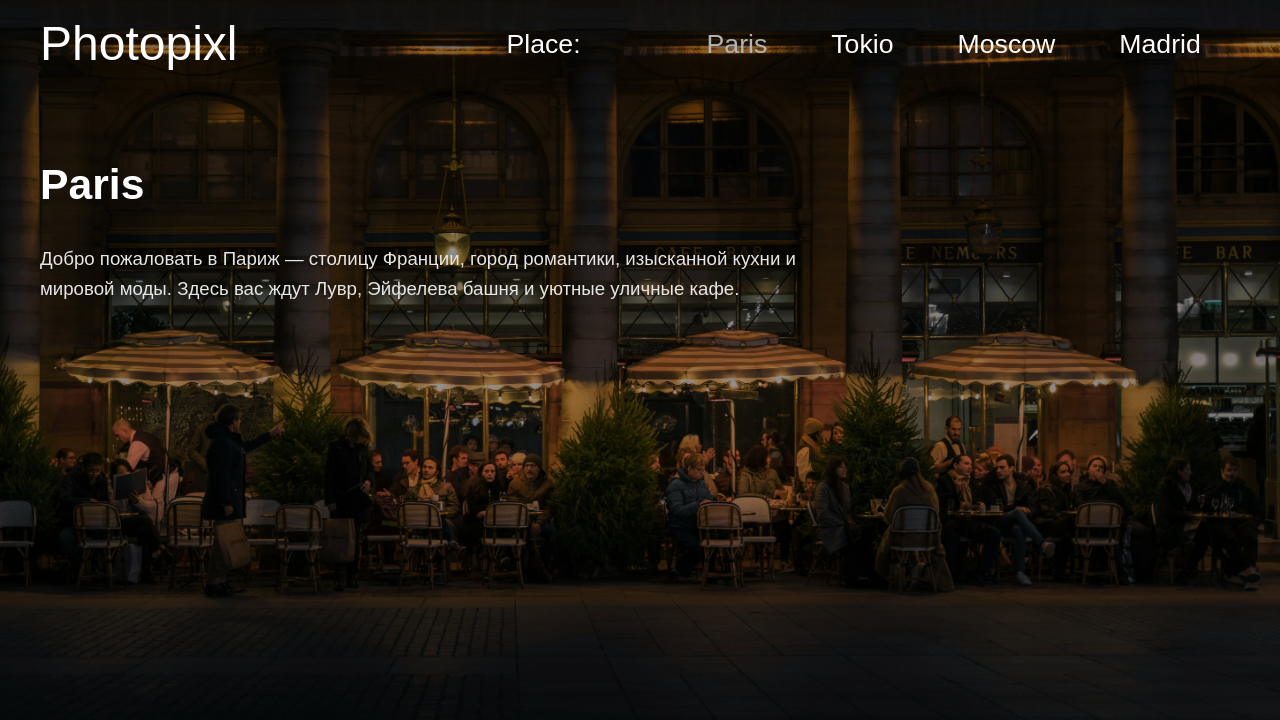
Repository: git-daniil/place-site
Page: index.html
The author's editor kept a copy of each file at every save. The page is drawn from the files as they stood at one save, then again after the next save.
The browser window is 1280 px wide. The pictures show the whole page.
Some web fonts or font styles are not loaded; a fallback is used.

Above is the page before, as saved 2026-05-19 19:02:24.

After the next save:
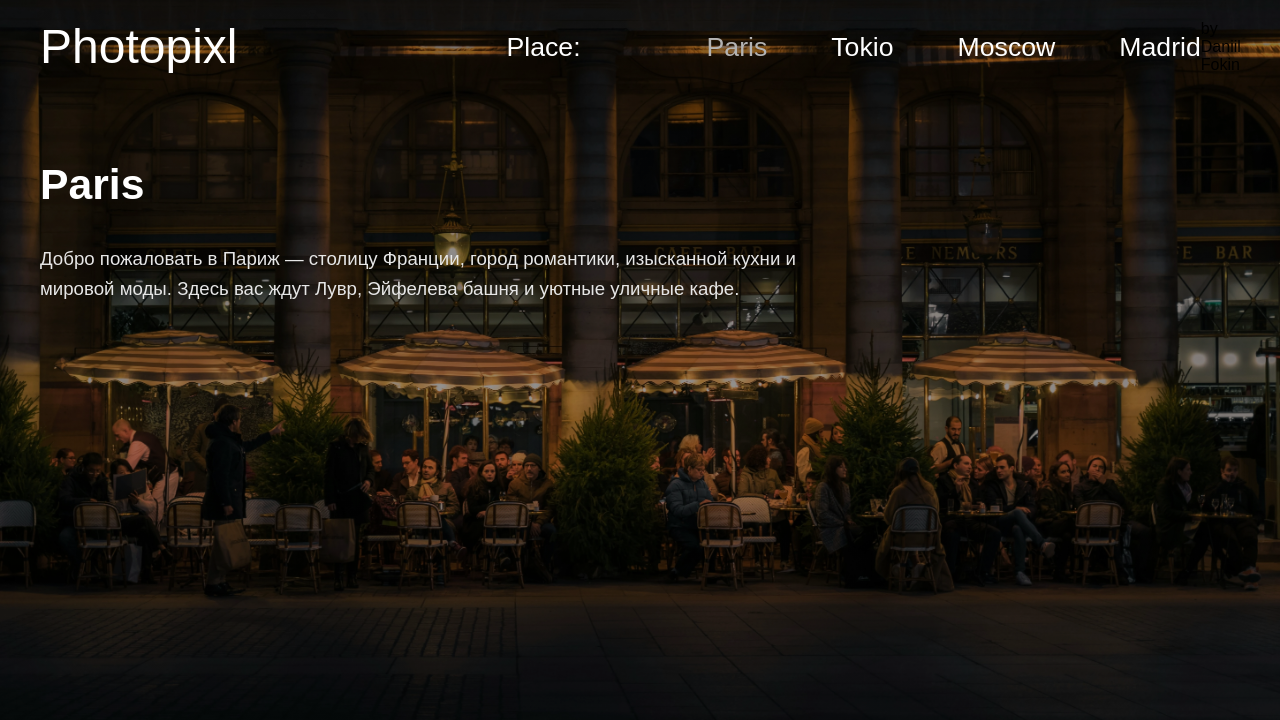
Saved 2 min 31 s later.
--- a/index.html
+++ b/index.html
@@ -17,6 +17,7 @@
             <a href="moscow.html" class="city-link">Moscow</a>
             <a href="madrid.html" class="city-link">Madrid</a>
         </div>
+        <div class="author-label">by Daniil Fokin</div>
     </nav>
 
     <section class="paris-bg-1 scroll-section">
